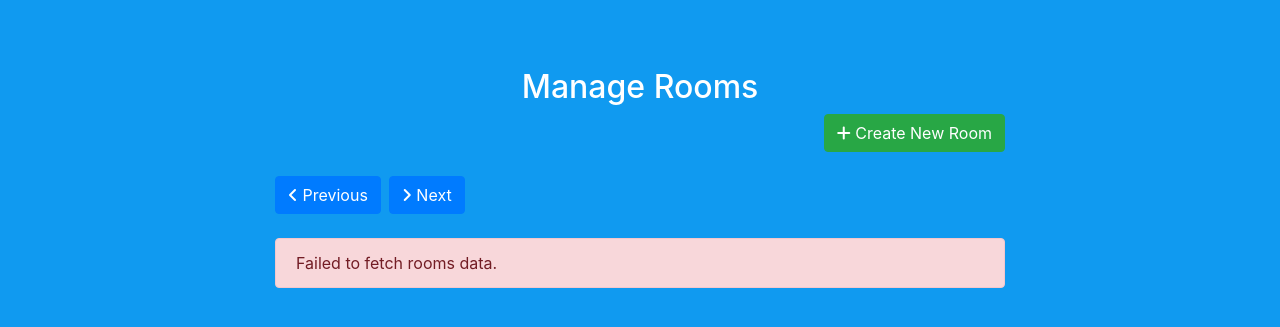
Repository: KanmegneTabouguie/HotemManagementMvp
Page: frontend1/components/rooms.html
These files come from the project's save history. The page is drawn as it stood at one moment and after the next save; the edit follows.
The browser window is 1280 px wide. The pictures show the whole page.
The page's requests for data from a server got no answer. Some web libraries are served in a nearby version.

Above is the page before, as saved 2024-06-02 13:45:26.
Console error: TypeError: Cannot read properties of null (reading 'addEventListener')

### frontend1/components/rooms.html
<!DOCTYPE html>
<html lang="en">
<head>
    <meta charset="UTF-8">
    <meta name="viewport" content="width=device-width, initial-scale=1.0">
    <title>Rooms Page</title>
    <meta name="description" content="Explore hill landon rooms and manage rooms.">
    <meta name="keywords" content="rooms, bookings, hotel, accommodation, hill landon">

    <!-- Favicon -->
    <link rel="icon" type="image/png" href="./Assets/hill london.png">
    <link href="https://stackpath.bootstrapcdn.com/bootstrap/4.5.2/css/bootstrap.min.css" rel="stylesheet">
    <link href="https://cdnjs.cloudflare.com/ajax/libs/font-awesome/5.15.4/css/all.min.css" rel="stylesheet"> <!-- Include Font Awesome CSS -->
    <link href="./css/rooms.css" rel="stylesheet"> <!-- Link to external CSS file -->
</head>
<body>
    <div class="container">
        <div class="row justify-content-center">
            <div class="col-md-8">
                <h2 class="text-center mt-5">Manage Rooms</h2>
                <div class="text-right mb-3">
                    <a href="create_room.html" class="btn btn-success"><i class="fas fa-plus"></i> Create New Room</a>
                </div>
                <div id="rooms" class="mt-4"></div>
                <div class="pagination mt-4">
                    <button id="prevPage" class="btn btn-primary mr-2"><i class="fas fa-angle-left"></i> Previous</button>
                    <button id="nextPage" class="btn btn-primary"><i class="fas fa-angle-right"></i> Next</button>
                </div>
                <div id="result" class="mt-4"></div>
            </div>
        </div>
    </div>

    <!-- Bootstrap Modal view row details of particular row -->
    <div class="modal fade" id="roomModal" tabindex="-1" role="dialog" aria-labelledby="roomModalLabel" aria-hidden="true">
        <div class="modal-dialog" role="document">
            <div class="modal-content">
                <div class="modal-header">
                    <h5 class="modal-title" id="roomModalLabel">Room Details</h5>
                    <button type="button" class="close" data-dismiss="modal" aria-label="Close">
                        <span aria-hidden="true">&times;</span>
                    </button>
                </div>
                <div class="modal-body" id="roomDetails">
                    <!-- Room details will be populated here -->
                </div>
            </div>
        </div>
    </div>

    <script src="https://code.jquery.com/jquery-3.5.1.min.js"></script>
    <script src="https://stackpath.bootstrapcdn.com/bootstrap/4.5.2/js/bootstrap.min.js"></script>
    <script src="../scripts/rooms.js"></script>
    <!-- Font Awesome Icons -->
    <script src="https://kit.fontawesome.com/a076d05399.js"></script>
</body>
</html>

### frontend1/components/css/rooms.css
/* Add more spacing */
body {
    padding-top: 20px;
    padding-bottom: 20px;
    background-color: #109af0; /* Blue */
    color: #ffffff; /* White */
}

.btn-group .btn {
    margin-right: 10px; /* Increased margin */
    background-color: #1a78dd; /* Blue */
    color: #ffffff; /* White */
    border-color: #007BFF; /* Blue */
}

.btn-group .btn:last-child {
    margin-right: 0;
}

.mt-5 {
    margin-top: 30px; /* Increased margin */
}

.mb-3 {
    margin-bottom: 20px; /* Increased margin */
}

.mt-4 {
    margin-top: 20px; /* Increased margin */
}

.container {
    margin-bottom: 40px; /* Increased margin */
}

/* Custom CSS for modal */
.modal-body label {
    display: inline-block;
    width: 100%;
    margin-bottom: .5rem;
}

.modal-body input {
    width: 100%;
}

### frontend1/scripts/rooms.js
$(document).ready(function() {
    const token = localStorage.getItem('sessionToken');
    const userRole = localStorage.getItem('userRole');
    let currentPage = 1; // Initialize current page
    const itemsPerPage = 5; // Number of items per page
    let allRooms = []; // Array to store all rooms data

    // Fetch all rooms data
    function fetchAllRooms() {
        $.ajax({
            url: `http://localhost:3068/rooms`,
            type: 'GET',
            headers: {
                'Authorization': 'Bearer ' + token,
                'Content-Type': 'application/json',
                'x-userrole': userRole
            },
            success: function(response) {
                console.log('All Rooms data:', response.rooms); // Log the rooms data
                allRooms = response.rooms;
                renderRooms(currentPage);
            },
            error: function(error) {
                $('#result').html('<div class="alert alert-danger">Failed to fetch rooms data.</div>');
                console.error('Error fetching rooms data:', error); // Log the error
            }
        });
    }

    // Pagination event listeners
    $('#prevPage').on('click', function() {
        if (currentPage > 1) {
            currentPage--;
            renderRooms(currentPage);
        }
    });

    $('#nextPage').on('click', function() {
        if (currentPage < Math.ceil(allRooms.length / itemsPerPage)) {
            currentPage++;
            renderRooms(currentPage);
        }
    });

    // Initial fetch
    fetchAllRooms();

    function renderRooms(page) {
        const startIndex = (page - 1) * itemsPerPage;
        const endIndex = startIndex + itemsPerPage;
        const paginatedRooms = allRooms.slice(startIndex, endIndex);

        displayRooms(paginatedRooms);
        updatePaginationButtons();
    }

    function displayRooms(rooms) {
        if (rooms.length === 0) {
            $('#rooms').html('<div class="alert alert-info">No rooms available.</div>');
            return;
        }

        let tableHtml = '<table class="table table-striped">';
        tableHtml += `
            <thead>
                <tr>
                    <th>Room Number</th>
                    <th>Type</th>
                    <th>Price Per Night</th>
                    <th>Availability</th>
                    <th>Image</th>
                    <th>Actions</th>
                </tr>
            </thead>
            <tbody>
        `;

        rooms.forEach(room => {
            console.log('Room:', room); // Log each room object
            let pricePerNight = parseFloat(room.price_per_night);
            if (isNaN(pricePerNight)) {
                console.error('Invalid price_per_night for room:', room);
                pricePerNight = 0; // or handle the error appropriately
            }

            tableHtml += `
                <tr>
                    <td>${room.room_number}</td>
                    <td>${room.type}</td>
                    <td>$${pricePerNight.toFixed(2)}</td>
                    <td>${room.availability ? 'Available' : 'Not Available'}</td>
                    <td><img src="${room.image}" alt="Room Image" style="width: 100px; height: auto;"></td>
                    <td>
                        <div class="btn-group" role="group" aria-label="Action buttons">
                            <button class="btn btn-info btn-sm btn-view" data-id="${room.id}"><i class="far fa-eye"></i></button>
                            <button class="btn btn-warning btn-sm btn-update" data-id="${room.id}"><i class="fas fa-edit"></i></button>
                            <button class="btn btn-success btn-sm btn-partial-update" data-id="${room.id}"><i class="fas fa-pen"></i></button>
                            <button class="btn btn-danger btn-sm btn-delete" data-id="${room.id}"><i class="fas fa-trash-alt"></i></button>
                        </div>
                    </td>
                </tr>
            `;
        });

        tableHtml += '</tbody></table>';
        $('#rooms').html(tableHtml);

        // Add event listeners for the action buttons
        $('.btn-view').on('click', handleView);
        $('.btn-update').on('click', handleUpdate);
        $('.btn-partial-update').on('click', handlePartialUpdate);
        $('.btn-delete').on('click', handleDelete);
    }

    function handleView() {
        const roomId = $(this).data('id');
        // Fetch room details and display only the details of the selected room
        $.ajax({
            url: `http://localhost:3068/rooms/${roomId}`,
            type: 'GET',
            headers: {
                'Authorization': 'Bearer ' + token,
                'Content-Type': 'application/json',
                'x-userrole': userRole
            },
            success: function(response) {
                console.log('Response:', response); // Log the response object
                if (response && response.room && response.room.length > 0) {
                    const room = response.room[0];
                    console.log('Room:', room); // Log the room object
                    let pricePerNight = room.price_per_night;
                    if (typeof pricePerNight === 'number' && !isNaN(pricePerNight)) {
                        pricePerNight = '$' + pricePerNight.toFixed(2);
                    } else {
                        pricePerNight = 'N/A';
                    }
                    const modalContent = `
                        <table class="table">
                            <tbody>
                                <tr>
                                    <td><strong>Room Number:</strong></td>
                                    <td>${room.room_number}</td>
                                </tr>
                                <tr>
                                    <td><strong>Type:</strong></td>
                                    <td>${room.type}</td>
                                </tr>
                                <tr>
                                    <td><strong>Price Per Night:</strong></td>
                                    <td>${pricePerNight}</td>
                                </tr>
                                <tr>
                                    <td><strong>Availability:</strong></td>
                                    <td>${room.availability ? 'Available' : 'Not Available'}</td>
                                </tr>
                            </tbody>
                        </table>
                        <img src="${room.image}" alt="Room Image" style="width: 100px; height: auto;">
                    `;
                    console.log('Modal Content:', modalContent);

                    // Clear the existing modal content
                    $('#roomDetails').empty();
                    // Append the new content to the modal body
                    $('#roomDetails').append(modalContent);
                    $('#roomModal').modal('show'); // Show the modal
                } else {
                    console.error('Room data not found in response:', response);
                    alert('Failed to fetch room details. Please try again.');
                }
            },
            error: function(error) {
                console.error('Error fetching room details:', error);
                alert('Failed to fetch room details. Please try again.');
            }
        });
    }

    function handleUpdate() {
        const roomId = $(this).data('id');
        // Navigate to the update page with the room ID as a query parameter
        window.location.href = `updateRoom.html?id=${roomId}`;
    }

    function handlePartialUpdate() {
        const roomId = $(this).data('id');
        window.location.href = `partialUpdateRoom.html?id=${roomId}`;
    }

    function handleDelete() {
        const roomId = $(this).data('id');
        if (confirm('Are you sure you want to delete this room?')) {
            $.ajax({
                url: `http://localhost:3068/rooms/${roomId}`,
                type: 'DELETE',
                headers: {
                    'Authorization': 'Bearer ' + token,
                    'Content-Type': 'application/json',
                    'x-userrole': userRole
                },
                success: function(response) {
                    console.log('Room deleted:', response);
                    alert('Room deleted successfully.');

                    // Remove the deleted room from allRooms array
                    allRooms = allRooms.filter(room => room.id !== roomId);

                    // Render the current page with updated data
                    renderRooms(currentPage);
                },
                error: function(error) {
                    console.error('Error deleting room:', error);
                    alert('Failed to delete room. Please try again.');
                }
            });
        }
    }

    function updatePaginationButtons() {
        if (currentPage === 1) {
            $('#prevPage').prop('disabled', true);
        } else {
            $('#prevPage').prop('disabled', false);
        }

        if (currentPage === Math.ceil(allRooms.length / itemsPerPage)) {
            $('#nextPage').prop('disabled', true);
        } else {
            $('#nextPage').prop('disabled', false);
        }
    }

    document.getElementById('logoutButton').addEventListener('click', function() {
        console.log('Logout button clicked.'); // Added console log
        // AJAX request to logout
        $.ajax({
            url: 'http://localhost:3068/auth/logout',
            type: 'POST',
            headers: {
                'Authorization': 'Bearer ' + token,
                'Content-Type': 'application/json'
            },
            success: function(response) {
                // Clear localStorage and redirect to login page
                localStorage.clear();
                window.location.href = 'login.html';
            },
            error: function(xhr, status, error) {
                console.error('Error logging out:', error);
                // Handle error, show error message, etc.
            }
        });
    });
});

After the next save:
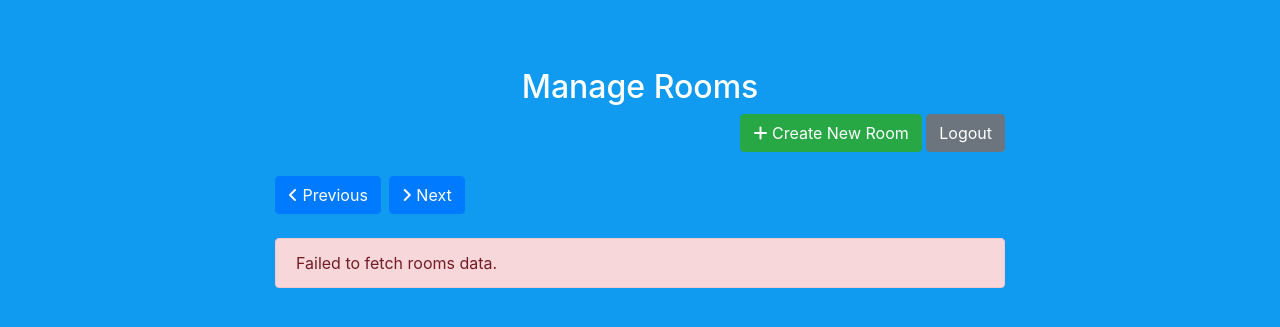
The error is gone.
Saved 8 min 19 s later.
--- a/frontend1/components/rooms.html
+++ b/frontend1/components/rooms.html
@@ -4,8 +4,8 @@
     <meta charset="UTF-8">
     <meta name="viewport" content="width=device-width, initial-scale=1.0">
     <title>Rooms Page</title>
-    <meta name="description" content="Explore hill landon rooms and manage rooms.">
-    <meta name="keywords" content="rooms, bookings, hotel, accommodation, hill landon">
+    <meta name="description" content="Explore Hill Landon rooms and manage rooms.">
+    <meta name="keywords" content="rooms, bookings, hotel, accommodation, Hill Landon">
 
     <!-- Favicon -->
     <link rel="icon" type="image/png" href="./Assets/hill london.png">
@@ -20,6 +20,7 @@
                 <h2 class="text-center mt-5">Manage Rooms</h2>
                 <div class="text-right mb-3">
                     <a href="create_room.html" class="btn btn-success"><i class="fas fa-plus"></i> Create New Room</a>
+                    <button id="logoutButton" class="btn btn-secondary">Logout</button>
                 </div>
                 <div id="rooms" class="mt-4"></div>
                 <div class="pagination mt-4">
@@ -31,7 +32,7 @@
         </div>
     </div>
 
-    <!-- Bootstrap Modal view row details of particular row -->
+    <!-- Bootstrap Modal to view room details -->
     <div class="modal fade" id="roomModal" tabindex="-1" role="dialog" aria-labelledby="roomModalLabel" aria-hidden="true">
         <div class="modal-dialog" role="document">
             <div class="modal-content">
